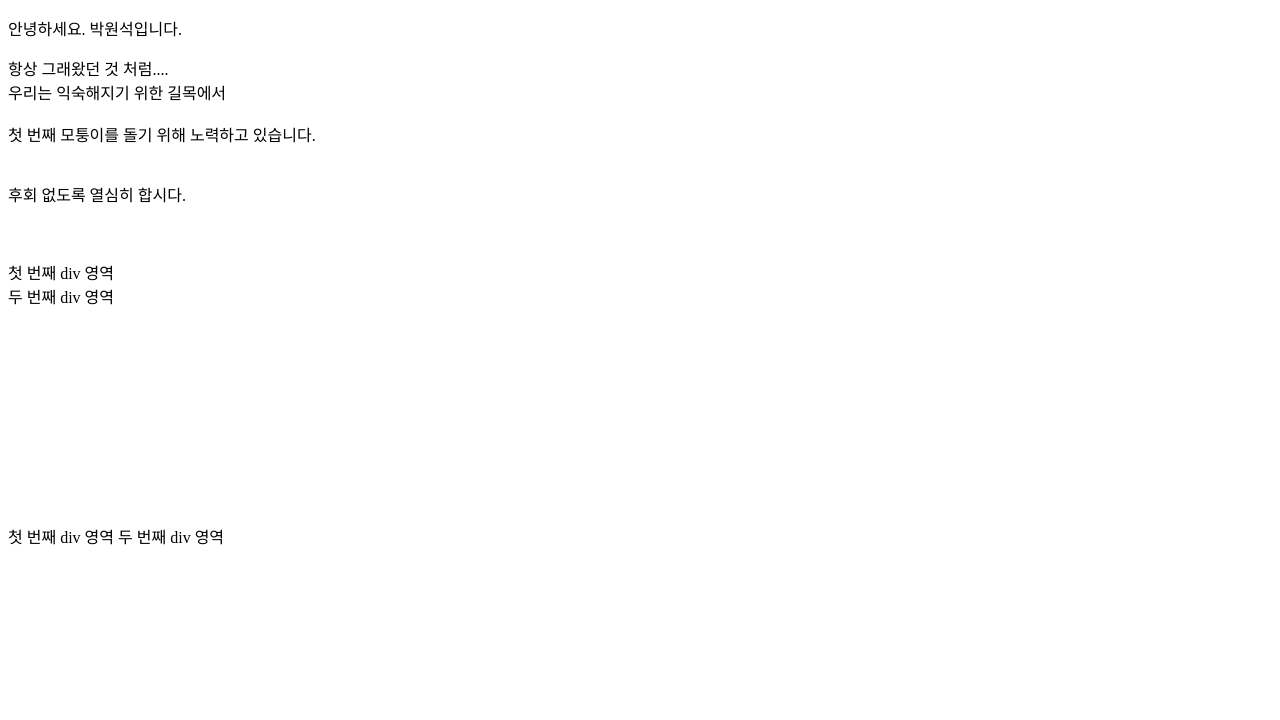
Repository: jp0301/WebStudy
Page: WebApp01/WebContent/Test001.html
An editor plug-in stored every save of this project. The page is shown before and after the next save, followed by the edit.
The browser window is 1280 px wide. The pictures show the whole page.

Above is the page before, as saved 2022-09-26 07:33:53.

After the next save:
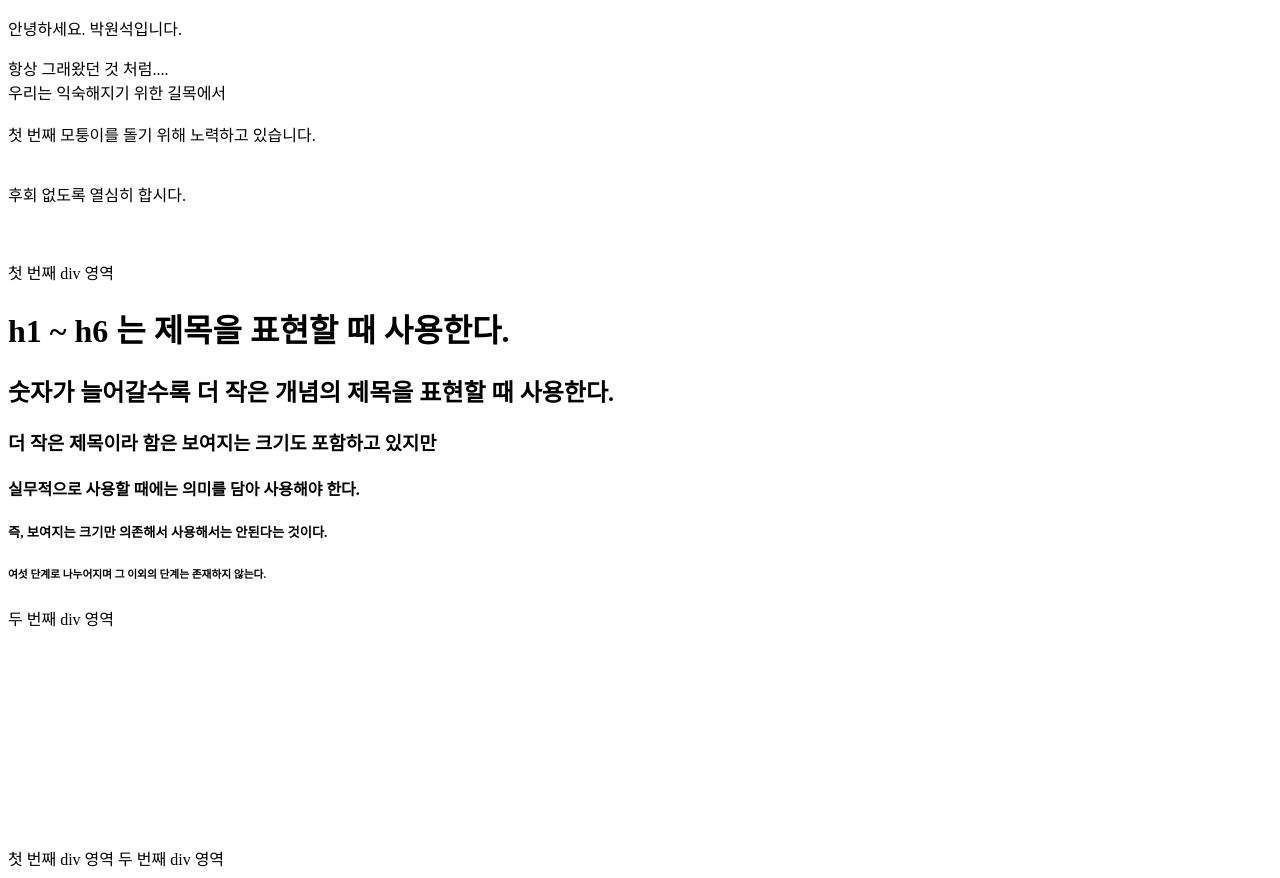
Saved 2 min 34 s later.
--- a/WebApp01/WebContent/Test001.html
+++ b/WebApp01/WebContent/Test001.html
@@ -21,7 +21,12 @@
 <!-- 영역 구성 -->
 <div>
 	첫 번째 div 영역
-
+	<h1>h1 ~ h6 는 제목을 표현할 때 사용한다.</h1>
+	<h2>숫자가 늘어갈수록 더 작은 개념의 제목을 표현할 때 사용한다.</h2>
+	<h3>더 작은 제목이라 함은 보여지는 크기도 포함하고 있지만</h3>
+	<h4>실무적으로 사용할 때에는 의미를 담아 사용해야 한다.</h4>
+	<h5>즉, 보여지는 크기만 의존해서 사용해서는 안된다는 것이다.</h5>
+	<h6>여섯 단계로 나누어지며 그 이외의 단계는 존재하지 않는다.</h6>
 </div>
 
 <div>
